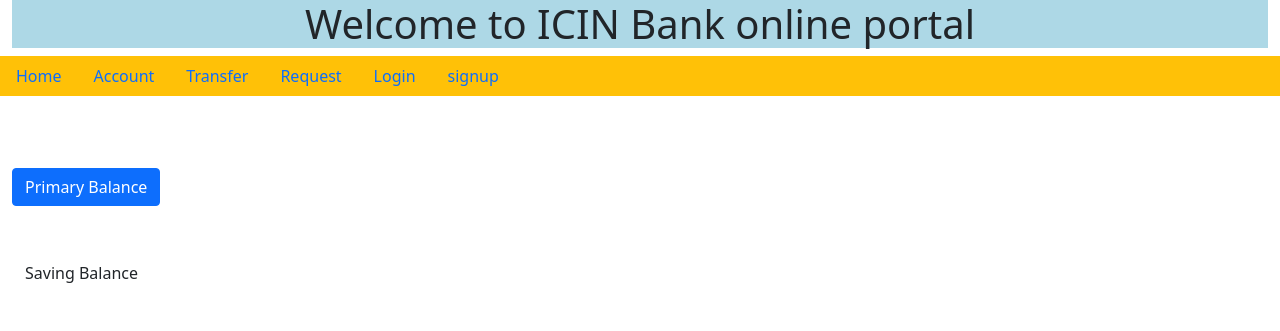
Repository: jha6435/phase3Revision
Page: http://localhost/IcinHome
These files come from the project's save history. The page is drawn as it stood at one moment and after the next save; the edit follows.
The browser window is 1280 px wide. The pictures show the whole page.
The page is this project's Thymeleaf template; nobody is signed in. The template is opened directly, without the code that normally fills it, so the values that code supplies are empty.

Above is the page before, as saved 2023-07-06 10:03:37.

### ICIN_Banking_Project/src/main/resources/templates/IcinHome.html
<html lang="en">
<head>
    <meta charset="UTF-8">
    <meta name="viewport" content="width=device-width, initial-scale=1.0">
    <title>Document</title>

    <link href="https://cdn.jsdelivr.net/npm/bootstrap@5.0.2/dist/css/bootstrap.min.css" rel="stylesheet" integrity="sha384-EVSTQN3/azprG1Anm3QDgpJLIm9Nao0Yz1ztcQTwFspd3yD65VohhpuuCOmLASjC" crossorigin="anonymous">
<style>
    h1{text-align: center;background-color: lightblue;width: auto;}
</style>
</head>
<body>
   <div class="container-fluid">
    <h1>Welcome to ICIN Bank online portal</h1>
    <div class="row">
       <ul class="nav navbar-light bg-warning">
  <li class="nav-item">
    <a class="nav-link active" aria-current="page" href="home">Home</a>
  </li>
  <li class="nav-item">
    <a class="nav-link" href="account">Account</a>
  </li>
  <li class="nav-item">
    <a class="nav-link" href="#">Transfer</a>
  </li>
  <li class="nav-item">
    <a class="nav-link" href="request">Request</a>
  </li>
  <li class="nav-item">
    <a class="nav-link" href="login">Login</a>
  </li>
  <li class="nav-item">
    <a class="nav-link" href="register">signup</a>
  </li>
</ul>
    </div>
    <br>
    <br>
    <br>
    <button class="btn btn-primary"type="button">Primary Balance</button>
    <br>
    <br>
    <br>
    <button class="btn btn-sucess"type="button">Saving Balance</button>
   </div>

</body>
</html>

After the next save:
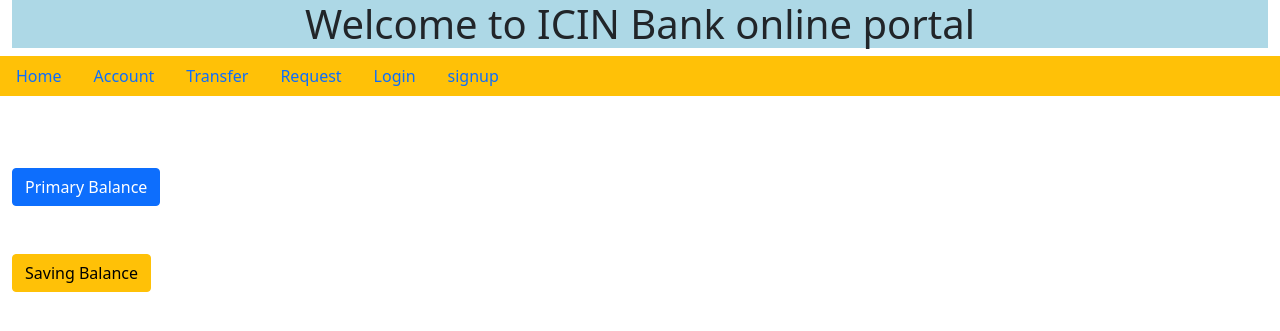
Saved 21 s later.
--- a/ICIN_Banking_Project/src/main/resources/templates/IcinHome.html
+++ b/ICIN_Banking_Project/src/main/resources/templates/IcinHome.html
@@ -41,7 +41,7 @@
     <br>
     <br>
     <br>
-    <button class="btn btn-sucess"type="button">Saving Balance</button>
+    <button class="btn btn-warning"type="button">Saving Balance</button>
    </div>
 
 </body>
